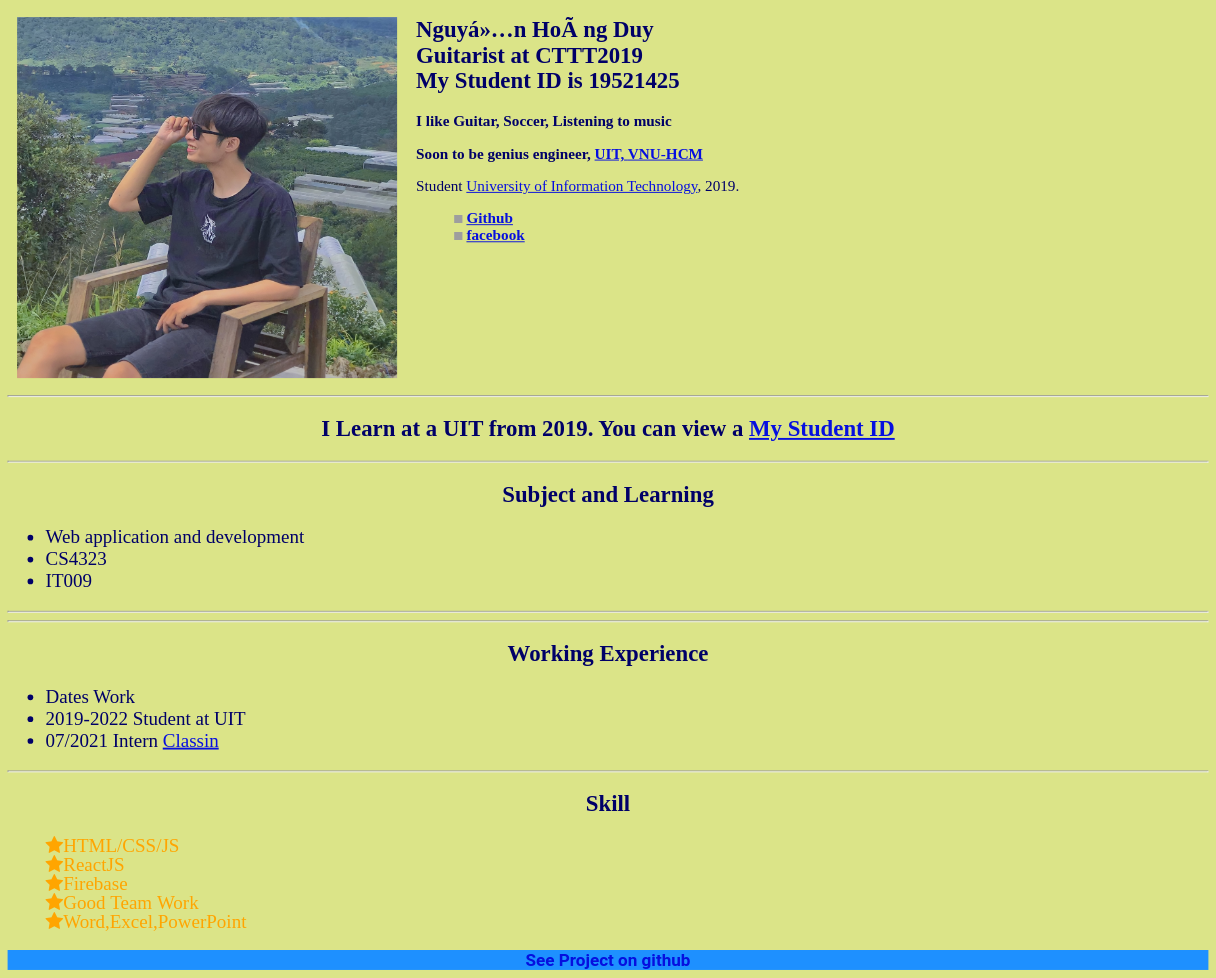
Repository: HoangDuy315/HW_TVK
Page: cv.html
These files come from the project's save history. The page is drawn as it stood at one moment and after the next save; the edit follows.
The browser window is 1280 px wide. The pictures show the whole page, at 95% of full size.
Pictures or frames that could not be fetched are drawn as grey boxes.

Above is the page before, as saved 2022-09-25 17:10:34.

After the next save:
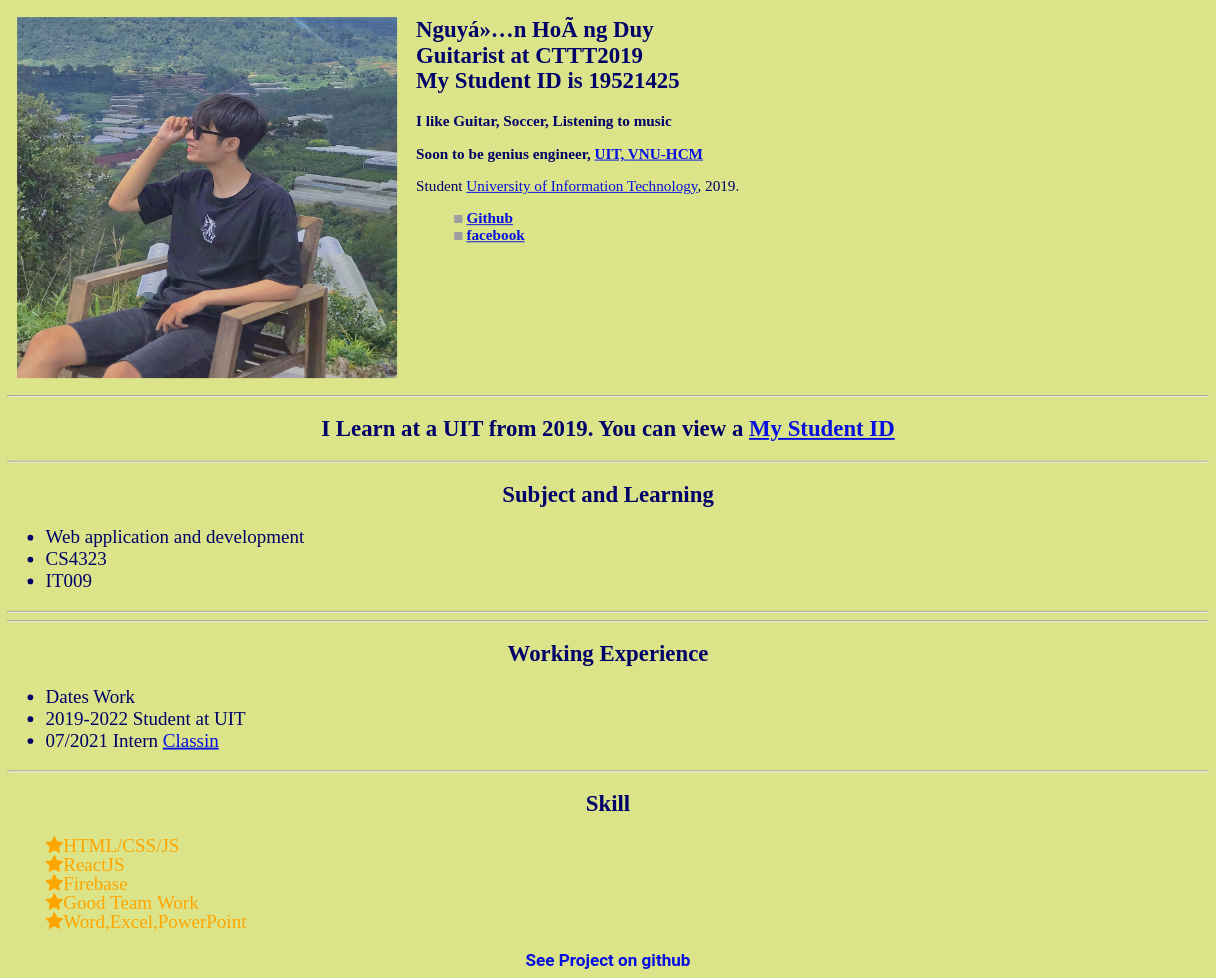
Saved 9 s later.
--- a/cv.css
+++ b/cv.css
@@ -53,5 +53,4 @@ body {
     font-family: "Roboto", sans-serif;
     font-size: 18px;
     font-weight: bold;
-    background: #1e90ff;
 }
